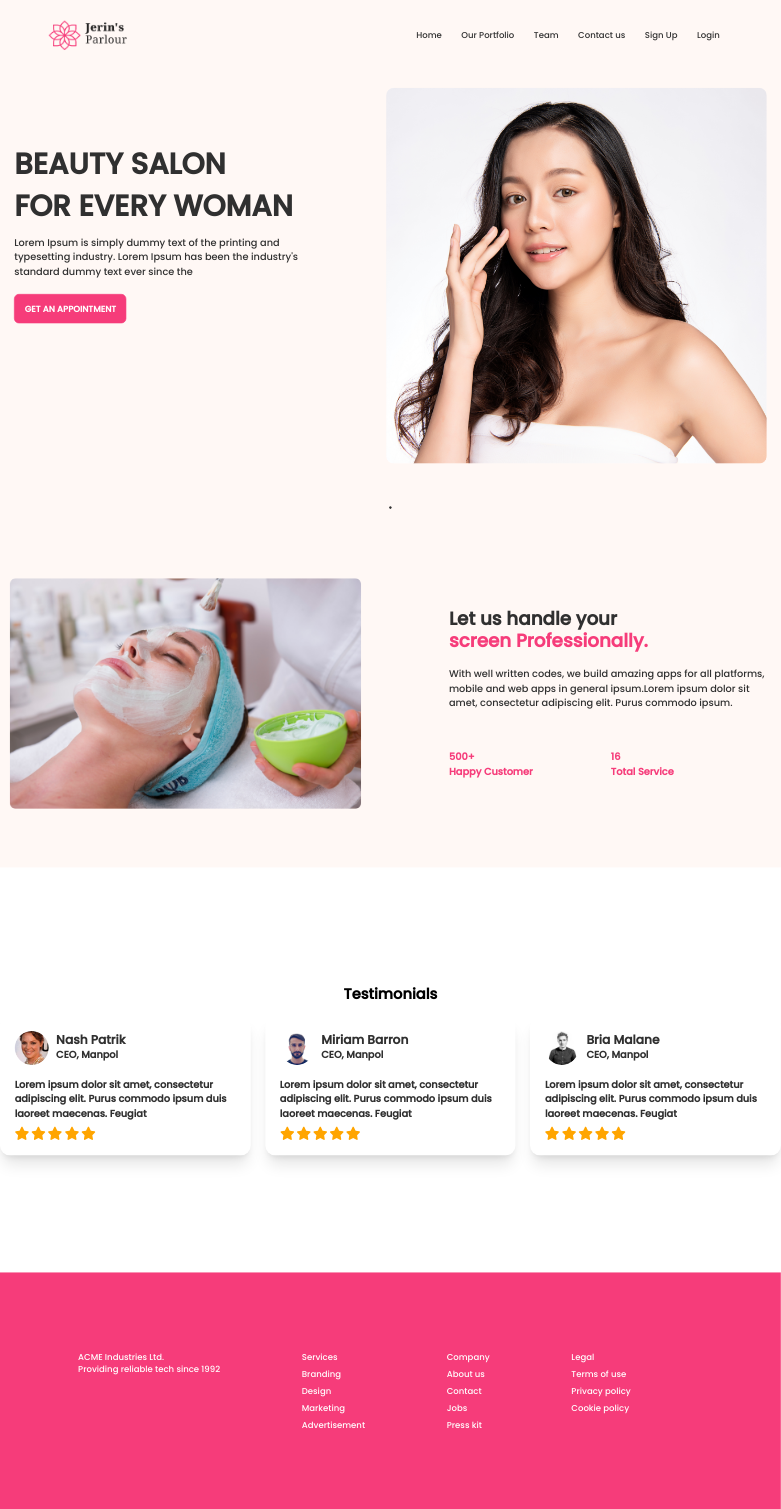
Repository: Wahid137/jerins-parlour-client
Page: /
These files come from the project's save history. The page is drawn as it stood at one moment and after the next save; the edit follows.
The browser window is 1280 px wide. The pictures show the whole page, at 61% of full size.
The page's requests for data from a server got no answer. The project was rebuilt for these pictures with package versions that can differ from the ones it lists, and the page was loaded fresh each time. No one was signed in, and anything a server would have sent is missing. Also part of the build but not shown: src/App.css, src/Pages/Home/Services/ServicesCard.js.

Above is the page before, as saved 2023-07-16 05:03:22.

### public/index.html
<!DOCTYPE html>
<html lang="en">
  <head>
    <meta charset="utf-8" />
    <link rel="icon" href="%PUBLIC_URL%/favicon.ico" />
    <meta name="viewport" content="width=device-width, initial-scale=1" />
    <meta name="theme-color" content="#000000" />
    <meta
      name="description"
      content="Web site created using create-react-app"
    />
    <link rel="preconnect" href="https://fonts.googleapis.com">
    <link rel="preconnect" href="https://fonts.gstatic.com" crossorigin>
    <link href="https://fonts.googleapis.com/css2?family=Poppins:wght@500&display=swap" rel="stylesheet">
    <link rel="apple-touch-icon" href="%PUBLIC_URL%/logo192.png" />
    <!--
      manifest.json provides metadata used when your web app is installed on a
      user's mobile device or desktop. See https://developers.google.com/web/fundamentals/web-app-manifest/
    -->
    <link rel="manifest" href="%PUBLIC_URL%/manifest.json" />
    <!--
      Notice the use of %PUBLIC_URL% in the tags above.
      It will be replaced with the URL of the `public` folder during the build.
      Only files inside the `public` folder can be referenced from the HTML.

      Unlike "/favicon.ico" or "favicon.ico", "%PUBLIC_URL%/favicon.ico" will
      work correctly both with client-side routing and a non-root public URL.
      Learn how to configure a non-root public URL by running `npm run build`.
    -->
    <title>React App</title>
  </head>
  <body>
    <noscript>You need to enable JavaScript to run this app.</noscript>
    <div id="root"></div>
    <!--
      This HTML file is a template.
      If you open it directly in the browser, you will see an empty page.

      You can add webfonts, meta tags, or analytics to this file.
      The build step will place the bundled scripts into the <body> tag.

      To begin the development, run `npm start` or `yarn start`.
      To create a production bundle, use `npm run build` or `yarn build`.
    -->
  </body>
</html>

### src/index.js
import React from 'react';
import ReactDOM from 'react-dom/client';
import './index.css';
import App from './App';
import reportWebVitals from './reportWebVitals';
import { QueryClient, QueryClientProvider } from '@tanstack/react-query'


// Create a client
const queryClient = new QueryClient()

const root = ReactDOM.createRoot(document.getElementById('root'));
root.render(
  <React.StrictMode>
    <QueryClientProvider client={queryClient}>
      <App />
    </QueryClientProvider>
  </React.StrictMode>
);

// If you want to start measuring performance in your app, pass a function
// to log results (for example: reportWebVitals(console.log))
// or send to an analytics endpoint. Learn more: https://bit.ly/CRA-vitals
reportWebVitals();

### src/index.css
@tailwind base;
@tailwind components;
@tailwind utilities;

body {
  background-color: #FFF8F5;
  margin: 0;
  font-family: -apple-system, BlinkMacSystemFont, 'Segoe UI', 'Roboto', 'Oxygen',
    'Ubuntu', 'Cantarell', 'Fira Sans', 'Droid Sans', 'Helvetica Neue',
    sans-serif;
    font-family: 'Poppins', sans-serif;
  -webkit-font-smoothing: antialiased;
  -moz-osx-font-smoothing: grayscale;
}

code {
  font-family: source-code-pro, Menlo, Monaco, Consolas, 'Courier New',
    monospace;
}

### src/App.js
import logo from './logo.svg';
import './App.css';
import { RouterProvider } from 'react-router-dom';
import router from './Routes/Routes/Routes';
import { Toaster } from 'react-hot-toast';

function App() {
  return (
    <div className=" mx-auto">
      <RouterProvider router={router}></RouterProvider>
      <Toaster></Toaster>
    </div>
  );
}

export default App;

### src/Routes/Routes/Routes.js
const { createBrowserRouter } = require("react-router-dom");
const { default: Main } = require("../../Layout/Main");
const { default: Home } = require("../../Pages/Home/Home/Home");

const router = createBrowserRouter([
    {
        path: '/',
        element: <Main></Main>,
        children: [
            {
                path: '/',
                element: <Home></Home>
            }
        ]
    }
])
export default router;

### src/Layout/Main.js
import React from 'react';
import Navbar from '../Shared/Navbar/Navbar';
import { Outlet } from 'react-router-dom';
import Footer from '../Shared/Footer/Footer';

const Main = () => {
    return (
        <div>
            <Navbar></Navbar>
            <Outlet></Outlet>
            <Footer></Footer>
        </div>
    );
};

export default Main;

### src/Pages/Home/Home/Home.js
import React from 'react';
import Banner from '../Banner/Banner';
import Services from '../Services/Services';
import Screen from '../Screen/Screen';
import Testimonial from '../Testimonial/Testimonial';

const Home = () => {
    return (
        <div>
            <Banner></Banner>
            <Services></Services>
            <Screen></Screen>
            <Testimonial></Testimonial>
        </div>
    );
};

export default Home;

### src/Shared/Navbar/Navbar.js
import React from 'react';
import logo from '../../assets/logo.png';
import { Link } from 'react-router-dom';

const Navbar = () => {
    const menuItem = <>
        <li><Link to="/">Home</Link></li>
        <li><Link to="/portfolio">Our Portfolio</Link></li>
        <li><Link to="/team">Team</Link></li>
        <li><Link to="/dashboard">Contact us</Link></li>
        <li><Link to="/signup">Sign Up</Link></li>
        <li><Link to="/login">Login</Link></li>

    </>
    return (
        <div className="navbar flex justify-between px-20 pt-8">
            <div className="navbar-start">
                <div className="dropdown">
                    <label tabIndex={0} className="btn btn-ghost lg:hidden">
                        <svg xmlns="http://www.w3.org/2000/svg" className="h-5 w-5" fill="none" viewBox="0 0 24 24" stroke="currentColor"><path strokeLinecap="round" strokeLinejoin="round" strokeWidth="2" d="M4 6h16M4 12h8m-8 6h16" /></svg>
                    </label>
                    <ul tabIndex={1} className="menu menu-sm dropdown-content mt-3 z-[1] p-2 shadow bg-base-100 rounded-box w-52">
                        {menuItem}
                    </ul>
                </div>
                <Link to="/" className="w-32">
                    <img src={logo} alt="" />
                </Link>
            </div>
            <div className="navbar-center hidden lg:flex">
                <ul className="menu menu-horizontal px-1">
                    {menuItem}
                </ul>
            </div>
            <label htmlFor="dashboard-drawer" tabIndex={2} className="btn btn-ghost lg:hidden">
                <svg xmlns="http://www.w3.org/2000/svg" className="h-5 w-5" fill="none" viewBox="0 0 24 24" stroke="currentColor"><path strokeLinecap="round" strokeLinejoin="round" strokeWidth="2" d="M4 6h16M4 12h8m-8 6h16" /></svg>
            </label>

        </div>
    );
};

export default Navbar;

### src/Shared/Footer/Footer.js
import React from 'react';


const Footer = () => {
    return (
        <footer className="footer p-32 bg-primary text-white w-full max-w-full">
            <div>
                <p>ACME Industries Ltd.<br />Providing reliable tech since 1992</p>
            </div>
            <div>
                <span className=" text-white">Services</span>
                <a href="/" className="link link-hover">Branding</a>
                <a href="/" className="link link-hover">Design</a>
                <a href="/" className="link link-hover">Marketing</a>
                <a href="/" className="link link-hover">Advertisement</a>
            </div>
            <div>
                <span className="">Company</span>
                <a href="/" className="link link-hover">About us</a>
                <a href="/" className="link link-hover">Contact</a>
                <a href="/" className="link link-hover">Jobs</a>
                <a href="/" className="link link-hover">Press kit</a>
            </div>
            <div>
                <span className="">Legal</span>
                <a href="/" className="link link-hover">Terms of use</a>
                <a href="/" className="link link-hover">Privacy policy</a>
                <a href="/" className="link link-hover">Cookie policy</a>
            </div>
        </footer>
    );
};

export default Footer;

### src/Pages/Home/Banner/Banner.js
import React from 'react';
import woman from '../../../assets/images/woman.png';
import PrimaryButton from '../../../Components/PrimaryButton/PrimaryButton';

const Banner = () => {
    return (
        <div className="hero" >
            <div className="hero-content flex-col lg:flex-row-reverse min-h-screen">

                <img src={woman} className="rounded-lg lg:w-1/2" alt="" />

                <div className='lg:me-32 lg:-mt-32'>
                    <h1 className="text-5xl font-bold mt-0 mb-5">BEAUTY SALON</h1>
                    <h1 className="text-5xl font-bold">FOR EVERY WOMAN</h1>
                    <p className="py-6">Lorem Ipsum is simply dummy text of the printing and <br /> typesetting industry. Lorem Ipsum has been the industry's <br /> standard dummy text ever since the</p>
                    <PrimaryButton>Get an Appointment</PrimaryButton>
                </div>
            </div>
        </div>
    );
};

export default Banner;

### src/Pages/Home/Services/Services.js
import { useQuery } from '@tanstack/react-query';
import React from 'react';
import Loading from '../../../Shared/Loading/Loading';


import ServicesCard from './ServicesCard';
import PrimaryButton from '../../../Components/PrimaryButton/PrimaryButton';



const Services = () => {
    const { data: services = [], isLoading } = useQuery({
        queryKey: ['services'],
        queryFn: () => fetch('http://localhost:5000/services')
            .then(res => res.json())
    })


    if (isLoading) {
        return <Loading></Loading>;
    }

    return (
        <div className='p-0 my-10'>
            <div className='mx-auto mb-4 py-10 text-center w-1/2'>
                <p className='text-2xl font-bold'>Our Awesome <span className='text-primary'>Services</span></p>
            </div>
            <div className='grid gap-1 grid-cols-1 md:grid-cols-2 lg:grid-cols-3'>
                {
                    services.map(service => <ServicesCard
                        key={service._id}
                        service={service}
                    ></ServicesCard>)
                }
            </div>
            <div className='text-center mt-24'>
                <PrimaryButton >Explore More</PrimaryButton>
            </div>

        </div >
    );
};

export default Services;

### src/Pages/Home/Screen/Screen.js
import React from 'react';
import face from '../../../assets/images/face.png'

const Screen = () => {
    return (
        <div className="hero py-20 bg-secondary">
            <div className="hero-content flex-col lg:flex-row">
                <img src={face} className="max-w-xl rounded-lg" alt="" />
                <div className='lg:w-1/2 ms-32'>
                    <h1 className="text-3xl font-semibold">Let us handle your <br /><span className='text-primary'>screen Professionally.</span></h1>
                    <p className="py-6">With well written codes, we build amazing apps for all platforms, mobile and web apps in general ipsum.Lorem ipsum dolor sit amet, consectetur adipiscing elit. Purus commodo ipsum.</p>
                    <div className='flex pt-10'>
                        <div className='me-32'>
                            <p className='text-primary font-bold'>500+</p>
                            <p className='text-primary font-bold'>Happy Customer</p>
                        </div>
                        <div>
                            <p className='text-primary font-bold'>16</p>
                            <p className='text-primary font-bold'>Total Service</p>
                        </div>
                    </div>
                </div>
            </div>
        </div>
    );
};

export default Screen;

### src/Pages/Home/Testimonial/Testimonial.js
import React from 'react';
import ellipse1 from '../../../assets/images/Ellipse 90.png';
import ellipse2 from '../../../assets/images/Ellipse 91.png';
import ellipse3 from '../../../assets/images/Ellipse 92.png';
import TestimonialCard from './TestmonialCard';

const Testimonial = () => {
    const customersInformation = [
        {
            "customer_id": "01",
            "name": "Nash Patrik",
            "job": "CEO, Manpol",
            "quote": "Lorem ipsum dolor sit amet, consectetur adipiscing elit. Purus commodo ipsum duis laoreet maecenas. Feugiat ",
            "img": ellipse1,
            "rating": 5
        },
        {
            "customer_id": "02 ",
            "name": "Miriam Barron",
            "job": "CEO, Manpol",
            "quote": "Lorem ipsum dolor sit amet, consectetur adipiscing elit. Purus commodo ipsum duis laoreet maecenas. Feugiat ",
            "img": ellipse2,
            "rating": 5
        },
        {
            "customer_id": "03",
            "name": "Bria Malane",
            "job": "CEO, Manpol",
            "quote": "Lorem ipsum dolor sit amet, consectetur adipiscing elit. Purus commodo ipsum duis laoreet maecenas. Feugiat ",
            "img": ellipse3,
            "rating": 5
        }
    ]
    return (
        <div className='py-48 bg-base-100'>
            <div className='mx-auto mb-5 text-center w-1/2'>
                <p className='text-2xl font-bold text-black'>Testimonials</p>
            </div>
            <div className='grid gap-6 grid-cols-1 md:grid-cols-2 lg:grid-cols-3'>
                {
                    customersInformation.map(customerInformation => <TestimonialCard
                        key={customerInformation.customer_id}
                        customerInformation={customerInformation}
                    ></TestimonialCard>)
                }
            </div>
        </div>
    );
};

export default Testimonial;

### src/Components/PrimaryButton/PrimaryButton.js
import React from 'react';

const PrimaryButton = ({ children }) => {
    return (
        <button className="btn btn-primary text-white">{children}</button>
    );
};

export default PrimaryButton;

### src/Shared/Loading/Loading.js
import React from 'react';

const Loading = () => {
    return (
        <div className="flex items-center justify-center">
            <span className="loading loading-ring loading-lg"></span>
        </div>
    );
};

export default Loading;

### src/Pages/Home/Testimonial/TestmonialCard.js
import React from 'react';
import Rating from '../../../Shared/Rating/Rating';

const TestimonialCard = ({ customerInformation }) => {
    const { img, name, job, quote, rating } = customerInformation;
    return (
        <div className="p-6 card card-compact bg-base-100 shadow-xl">
            <div className='flex justify-between'>
                <div className='flex'>
                    <figure><img className="rounded-full w-14 h-14 me-3" src={img} alt="Shoes" /></figure>
                    <div>
                        <h2 className='text-xl font-bold'>{name}</h2>
                        <p className='font-semibold'>{job}</p>
                    </div>
                </div>
            </div>
            <div className="mt-5">
                <p className='font-semibold mb-2'>{quote}</p>
                <Rating stars={rating}></Rating>
            </div>
        </div>
    );
};

export default TestimonialCard;

### src/Shared/Rating/Rating.js
import React from 'react';
import { FaStar, FaStarHalfAlt } from "react-icons/fa";
import { AiOutlineStar } from "react-icons/ai";
import './Rating.css';

const Rating = ({ stars }) => {
    const ratingStar = Array.from({ length: 5 }, (elem, index) => {
        let numbers = index + 0.5;

        return (
            <span key={index}>
                {stars >= index + 1 ? (
                    <FaStar className='icon'></FaStar>
                ) : stars >= numbers ? (
                    <FaStarHalfAlt className='icon'></FaStarHalfAlt>
                ) : (
                    <AiOutlineStar className='icon'></AiOutlineStar>
                )}
            </span>
        )
    });
    return (

        <div className='icon-style'>
            {ratingStar}
        </div>

    );
};


export default Rating;

### src/Shared/Rating/Rating.css
.icon-style{
    display: flex;
    gap: 0.2rem;
    align-items: center;

}
.icon {
    width: 24px;
    height: 24px;
    color: orange;
}

### tailwind.config.js
/** @type {import('tailwindcss').Config} */
module.exports = {
  content: [
    "./src/**/*.{js,jsx,ts,tsx}",
  ],
  daisyui: {
    themes: [
      {
        parlourTheme: {
          primary: '#F63E7B',
          secondary: '#FFF8F5',
          accent: '##F4F7FC',
          neutral: '#3D4451',
          "base-100": '#FFFFFF',
        }
      }
    ]
  },
  theme: {
    extend: {},
  },
  plugins: [require("daisyui")],
}

Loaded but not shown: src/reportWebVitals.js (common file)

After the next save:
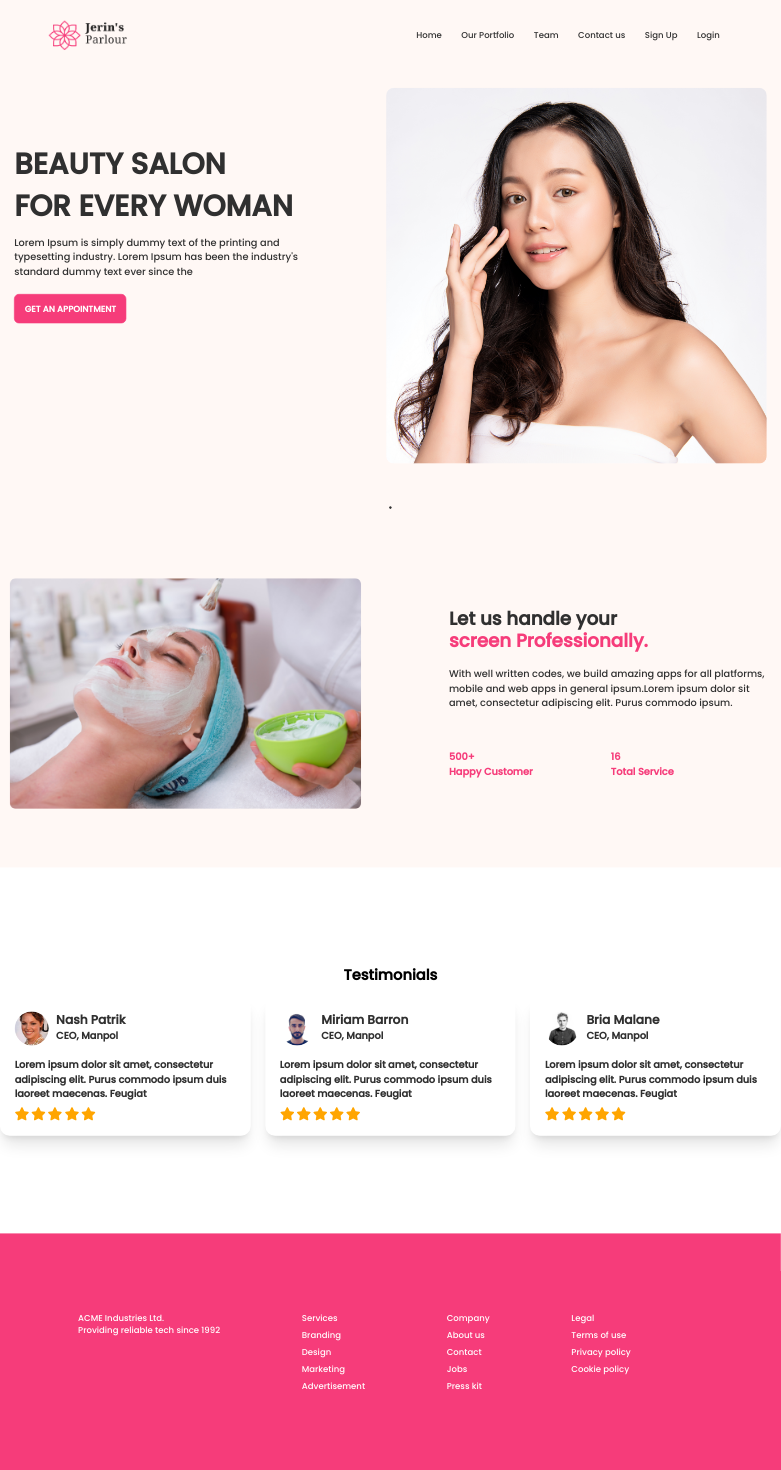
Saved 17 s later.
--- a/src/Pages/Home/Testimonial/Testimonial.js
+++ b/src/Pages/Home/Testimonial/Testimonial.js
@@ -32,7 +32,7 @@ const Testimonial = () => {
         }
     ]
     return (
-        <div className='py-48 bg-base-100'>
+        <div className='py-40 bg-base-100'>
             <div className='mx-auto mb-5 text-center w-1/2'>
                 <p className='text-2xl font-bold text-black'>Testimonials</p>
             </div>
